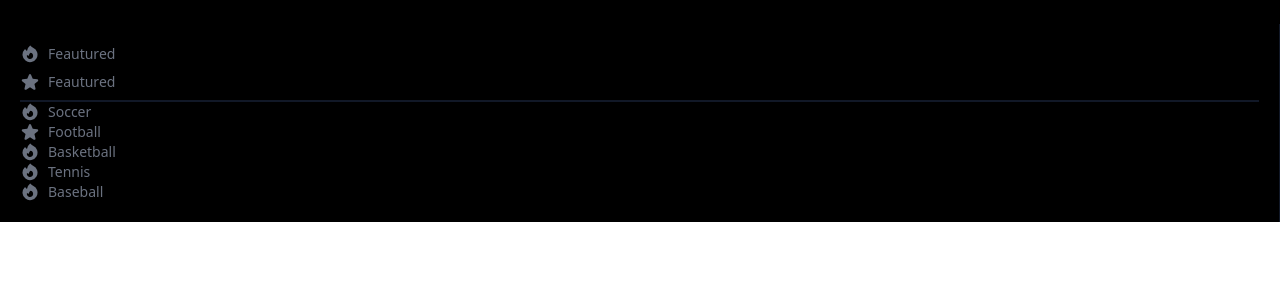
Repository: thekingisherenow/Betterbook
Page: /
An editor plug-in stored every save of this project. The page is shown before and after the next save, followed by the edit.
The browser window is 1280 px wide. The pictures show the whole page.
The project was rebuilt for these pictures with package versions that can differ from the ones it lists, and the page was loaded fresh each time. The framework's server and built-in components were replaced by stand-ins that run in the browser. Also part of the build but not shown: next.config.js.

Above is the page before, as saved 2023-01-16 16:07:06.

### src/pages/_app.tsx
import type { AppProps } from 'next/app'
import { Provider } from 'react-redux'
import store from '../core/store'
import '../core/styles/root.css'

const App = (props: AppProps) => {
  const { Component, pageProps } = props
  return (
    <Provider store={store}>
      <Component {...pageProps} />
    </Provider>
  )
}

export default App

### src/pages/index.tsx
import type { NextPage } from 'next'
import { useEffect, useState } from 'react'
import API from '../core/services'
import { Game } from '../types/game'
import Sidebar from '../components/Typography/Sidebar'
import Header from '../components/Typography/Header'

const IndexPage: NextPage = () => {
  const [games, setGames] = useState<Game[]>([])

  useEffect(() => {
    API.games.fetchGames().then(setGames)
  }, [])

  return <div>
        <main className='bg-black'>

          {/* Header  */}
          <Header />
            {/* Sidebar */}
            <Sidebar/>
            {/* Center  */}

        </main>
  </div>
}

export default IndexPage

### src/core/store/index.ts
import { configureStore } from '@reduxjs/toolkit'
import { counterReducer } from './slices/counterSlice'

const store = configureStore({
  reducer: {
    counter: counterReducer,
  },
})

export default store

### src/core/services/index.ts
import * as gamesServices from './games'

const API = {
  games: gamesServices,
}

export default API

### src/components/Typography/Sidebar.tsx
import React from 'react'
import { FireIcon, StarIcon } from '@heroicons/react/24/solid'

function Sidebar() {
    return (
        <div className='text-gray-500 p-5 text-sm border-r  border-gray-900'>
            <div>
                <div className='flex flex-col space-y-2'>
                    <button className='flex items-center space-x-2 hover:text-blue-600'>
                        <FireIcon className='w-5 h-5' />
                        <p>Feautured</p>
                    </button>
                    <button className='flex items-center space-x-2 hover:text-blue-600'>
                        <StarIcon className='w-5 h-5' />
                        <p>Feautured</p>
                    </button>
                    <hr className='border-t-2 border-gray-900' />
                </div>

                <div>
                    <button className='flex items-center space-x-2 hover:text-blue-600'>
                        <FireIcon className='w-5 h-5' />
                        <p>Soccer</p>
                    </button>
                    <button className='flex items-center space-x-2 hover:text-blue-600'>
                        <StarIcon className='w-5 h-5' />
                        <p>Football</p>
                    </button>
                    <button className='flex items-center space-x-2 hover:text-blue-600'>
                        <FireIcon className='w-5 h-5' />
                        <p>Basketball</p>
                    </button>
                    <button className='flex items-center space-x-2 hover:text-blue-600'>
                        <FireIcon className='w-5 h-5' />
                        <p>Tennis</p>
                    </button>
                    <button className='flex items-center space-x-2 hover:text-blue-600'>
                        <FireIcon className='w-5 h-5' />
                        <p>Baseball</p>
                    </button>
                </div>
            </div>
        </div>
    )
}

export default Sidebar

### src/components/Typography/Header.tsx
import React from 'react'

function Header() {
  return (
    <div>
      I am header.
    </div>
  )
}

export default Header

### src/core/store/slices/counterSlice.ts
import { createSlice } from '@reduxjs/toolkit'

export const counterSlice = createSlice({
  name: 'counter',
  initialState: {
    count: 0,
  },
  reducers: {
    setCount(state, { payload }) {
      state.count = payload
    },
  },
})

export const counterReducer = counterSlice.reducer

### src/core/services/games.ts
import { Game } from '../../types/game'

export const fetchGames = (): Promise<Game[]> => {
  return Promise.resolve([
    {
      id: '1',
      name: 'Spain vs Argentina',
    },
  ])
}

### tailwind.config.js
/** @type {import('tailwindcss').Config} */
module.exports = {
  content: [
    './src/pages/**/*.{js,ts,jsx,tsx}',
    './src/components/**/*.{js,ts,jsx,tsx}',
    './src/modules/**/*.{js,ts,jsx,tsx}',
  ],
  theme: {
    extend: {},
  },
  plugins: [],
}

Loaded but not shown: src/core/styles/root.css (common file)

After the next save:
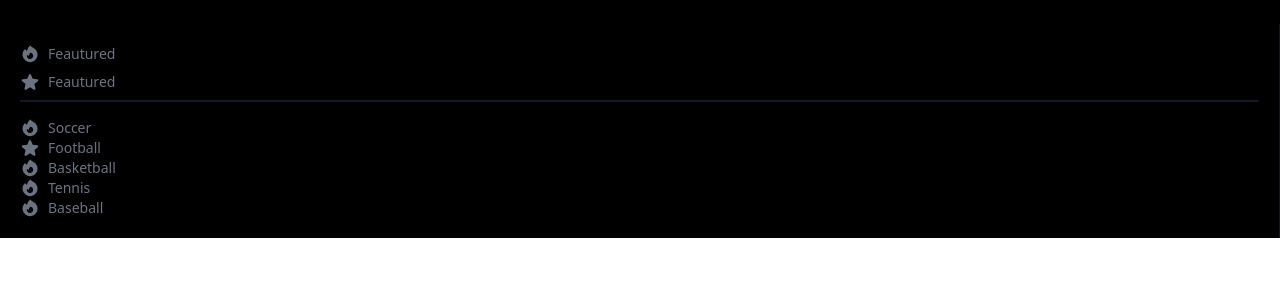
Saved 4 h 59 min later.
--- a/src/components/Typography/Sidebar.tsx
+++ b/src/components/Typography/Sidebar.tsx
@@ -5,7 +5,7 @@ function Sidebar() {
     return (
         <div className='text-gray-500 p-5 text-sm border-r  border-gray-900'>
             <div>
-                <div className='flex flex-col space-y-2'>
+                <div className='flex flex-col space-y-2 mb-4'>
                     <button className='flex items-center space-x-2 hover:text-blue-600'>
                         <FireIcon className='w-5 h-5' />
                         <p>Feautured</p>
